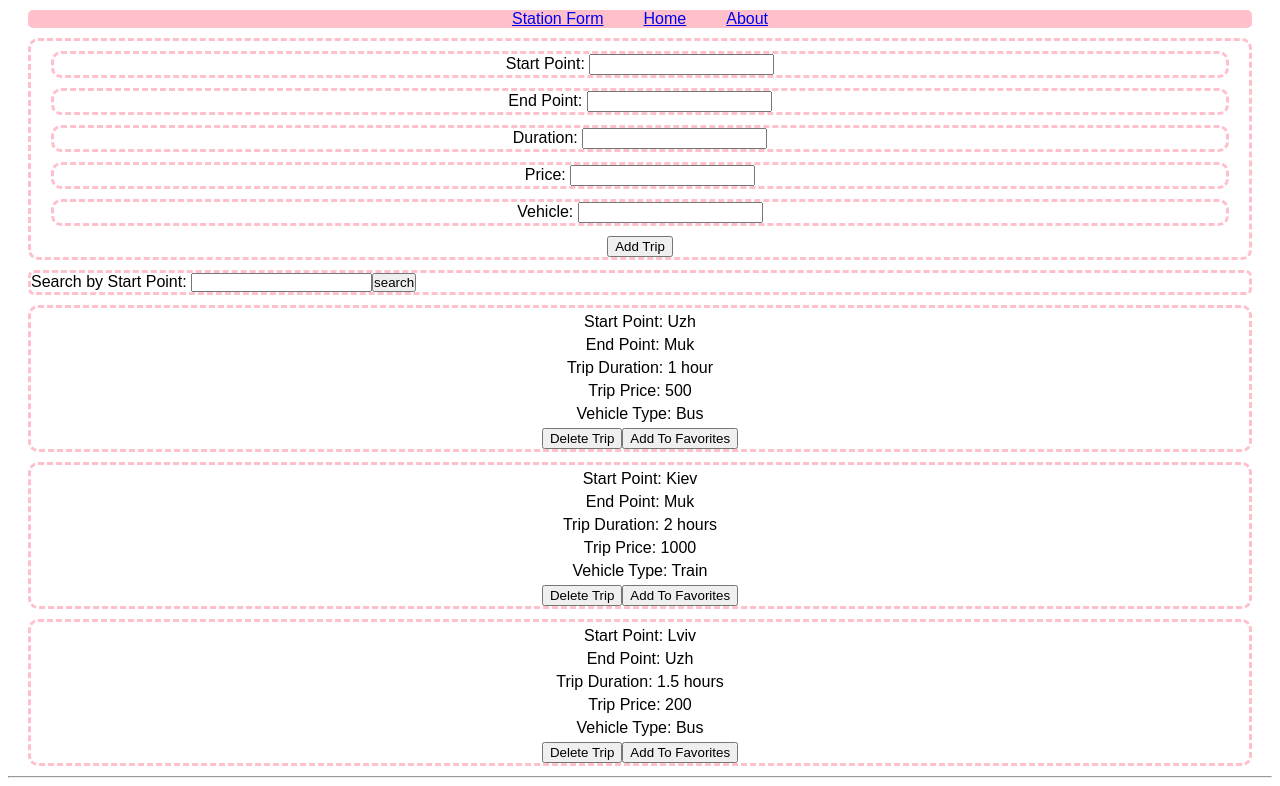
Repository: rutsguifd/mkr2
Page: /#/station-form
The author's editor kept a copy of each file at every save. The page is drawn from the files as they stood at one save, then again after the next save.
The browser window is 1280 px wide. The pictures show the whole page.
The project was rebuilt for these pictures with package versions that can differ from the ones it lists, and the page was loaded fresh each time. Also part of the build but not shown: src/views/Home.vue, src/views/About.vue, src/components/FavoriteTrips.vue.

Above is the page before, as saved 2021-12-22 00:20:10.

### src/App.vue
<template>
  <div>
    <router-view />
  </div>
</template>

<script>
  export default {

  }
</script>

<style lang="scss" scoped>

</style>

### src/router/index.js
import { createRouter, createWebHashHistory } from 'vue-router'
import Home from '../views/Home.vue'
import About from '../views/About.vue'
import StationForm from '../views/StationForm.vue'


const routes = [
  {
    path: '/',
    name: 'Home',
    component: Home
  },
  {
    path: '/about',
    name: 'About',
    component: About
  },
  {
    path: '/station-form',
    name: 'StationForm',
    component: StationForm
  }
]

const router = createRouter({
  history: createWebHashHistory(),
  routes
})

export default router

### src/store/index.js
import { createStore } from 'vuex'

export default createStore({
  state: {
    tripInfo: [
      {
        id: 1,
        tripStart: "Uzh",
        tripEnd: "Muk",
        tripDuration: "1 hour",
        tripPrice: 500,
        vehicle: "Bus"
      },
      {
        id: 2,
        tripStart: "Kiev",
        tripEnd: "Muk",
        tripDuration: "2 hours",
        tripPrice: 1000,
        vehicle: "Train"
      },
      {
        id: 3,
        tripStart: "Lviv",
        tripEnd: "Uzh",
        tripDuration: "1.5 hours",
        tripPrice: 200,
        vehicle: "Bus"
      }
    ],
    favoriteTrips: [],
    searchT: ""
  },
  mutations: {
    addTrip(state, trip) {
      state.tripInfo.push({
        tripStart: trip.start,
        tripEnd: trip.end,
        tripDuration: trip.dur,
        tripPrice: trip.price,
        vehicle: trip.veh
      })
    },
    deleteTrip(state, ind) {
      state.tripInfo.splice(ind, 1)
    },
    updateFavorites(state, fav) {
      state.favoriteTrips.push(fav)
      console.log(state.favoriteTrips)
    },
    updateTripInfo(state, list) {
      state.tripInfo = list
    },
    searchTitle(state, search) {
      state.searchT = search
    }
  },
  actions: {
    addToFavorites(context, trip) {
      let fav = {
        id: trip.id,
        tripStart: trip.start,
        tripEnd: trip.end,
        tripDuration: trip.dur,
        tripPrice: trip.price,
        vehicle: trip.veh
      }
      context.commit("updateFavorites", fav)
      //console.log(context.state.favoriteTrips)
    },
    filter(context) {
      let list = context.state.tripInfo;
      if (context.state.searchT)
        list = context.state.tripInfo.filter((x) =>
          x.tripStart.startsWith(context.state.searchT)
        );
      context.commit("updateTripInfo", list)
      console.log(list)
    },
  },
  getters: {
    AllTrips(state) {
      return state.tripInfo
    },
    AllFavoriteTrips(state) {
      return state.favoriteTrips
    }
  }
})

### src/views/StationForm.vue
<template>
  <div>
    <Header />
    <AddTrip />
    <div class="search">
      <label>
        Search by Start Point:
        <input type="text" v-model="search" />
        <button @click="srch">search</button>
      </label>
    </div>
    <trip-card v-for="(trip, ind) in AllTrips" :key="ind" :trip="trip" />
    <hr />
    <favorite-trips
      v-for="trip in AllFavoriteTrips"
      :key="trip.id"
      :trip="trip"
    />
  </div>
</template>

<script>
import { mapGetters, mapMutations, mapActions } from "vuex";
import FavoriteTrips from "../components/FavoriteTrips.vue";
import AddTrip from "../components/AddTrip.vue";
import Header from "../components/Header.vue";
import TripCard from "../components/TripCard.vue";
export default {
  name: "StationForm",
  components: {
    TripCard,
    Header,
    AddTrip,
    FavoriteTrips,
  },
  data() {
    return {
      search: "",
    };
  },
  computed: {
    ...mapGetters(["AllFavoriteTrips"]),
    ...mapGetters(["AllTrips"]),
  },
  methods: {
    ...mapActions(["filter"]),
    ...mapMutations(["searchTitle"]),
    srch() {
      this.searchTitle(this.search);
      this.filter()
    },
  },
};
</script>

<style lang="scss" scoped>
* {
  margin: 0;
  padding: 0;
  box-sizing: border-box;
  font-family: "Fira Sans", sans-serif;
}
.search{
    margin: 10px 20px;
    border: 3px dashed pink;
    border-radius: 6px;
}
</style>

### src/components/Header.vue
<template>
  <div class="header">
    <span><router-link to="/station-form">Station Form</router-link></span>
    <span><router-link to="/">Home</router-link></span>
    <span><router-link to="/about">About</router-link></span>
  </div>
</template>

<script>
export default {};
</script>

<style lang="scss" scoped>
.header{
    text-align: center;
    margin: 10px 20px;
    background: pink;
    border-radius: 5px;
    span{
        margin: 0px 20px;
    }
}
</style>

### src/components/AddTrip.vue
<template>
  <div class="add">
    <div>
      <label>
        Start Point:
        <input type="text" v-model="tripStart" />
      </label>
    </div>
    <div>
      <label>
        End Point:
        <input type="text" v-model="tripEnd" />
      </label>
    </div>
    <div>
      <label>
        Duration:
        <input type="text" v-model="tripDuration" />
      </label>
    </div>
    <div>
      <label>
        Price:
        <input type="text" v-model="tripPrice" />
      </label>
    </div>
    <div>
      <label>
        Vehicle:
        <input type="text" v-model="vehicle" />
      </label>
    </div>
    <button @click="add">Add Trip</button>
  </div>
</template>

<script>
import { mapMutations } from "vuex";
export default {
  data() {
    return {
      tripStart: "",
      tripEnd: "",
      tripDuration: "",
      tripPrice: "",
      vehicle: "",
    };
  },
  methods: {
    ...mapMutations(["addTrip"]),
    add() {
      this.addTrip({
        id: Date.now(),
        start: this.tripStart,
        end: this.tripEnd,
        dur: this.tripDuration,
        price: this.tripPrice,
        veh: this.vehicle,
      }),
        (this.tripStart = "");
      this.tripEnd = "";
      this.tripDuration = "";
      this.tripPrice = "";
      this.vehicle = "";
    },
  },
};
</script>

<style lang="scss" scoped>
.add {
    border: 3px dashed pink;
    border-radius: 10px;
    margin: 10px 20px;
    text-align: center;
  div {
      border: 3px dashed pink;
    border-radius: 10px;
    margin: 10px 20px;
  }
}
</style>

### src/components/TripCard.vue
<template>
  <div>
    <div class="card">
      <div>Start Point: {{ trip.tripStart }}</div>
      <div>End Point: {{ trip.tripEnd }}</div>
      <div>Trip Duration: {{ trip.tripDuration }}</div>
      <div>Trip Price: {{ trip.tripPrice }}</div>
      <div>Vehicle Type: {{ trip.vehicle }}</div>
      <button @click="del(ind)">Delete Trip</button>
      <button @click="favorite">Add To Favorites</button>
    </div>
  </div>
</template>

<script>
import { mapMutations, mapGetters, mapActions } from "vuex";
export default {
  name: "TripCard",
  props: ["trip"],
  methods: {
    ...mapMutations(["deleteTrip"]),
    ...mapActions(["addToFavorites"]),
    del(ind) {
      this.deleteTrip(ind);
    },
    favorite() {
      this.addToFavorites({
        id: Date.now(),
        start: this.trip.tripStart,
        end: this.trip.tripEnd,
        dur: this.trip.tripDuration,
        price: this.trip.tripPrice,
        veh: this.trip.vehicle,
      });
    },
  },
  computed: {
    ...mapGetters(["AllTrips"]),
  },
};
</script>

<style lang="scss" scoped>
.card {
  text-align: center;
  margin: 10px 20px;
  border: 3px dashed pink;
  border-radius: 10px;
  div {
    margin: 5px 0px;
  }
}
</style>

Loaded but not shown: public/index.html (common file); src/main.js (common file)

After the next save:
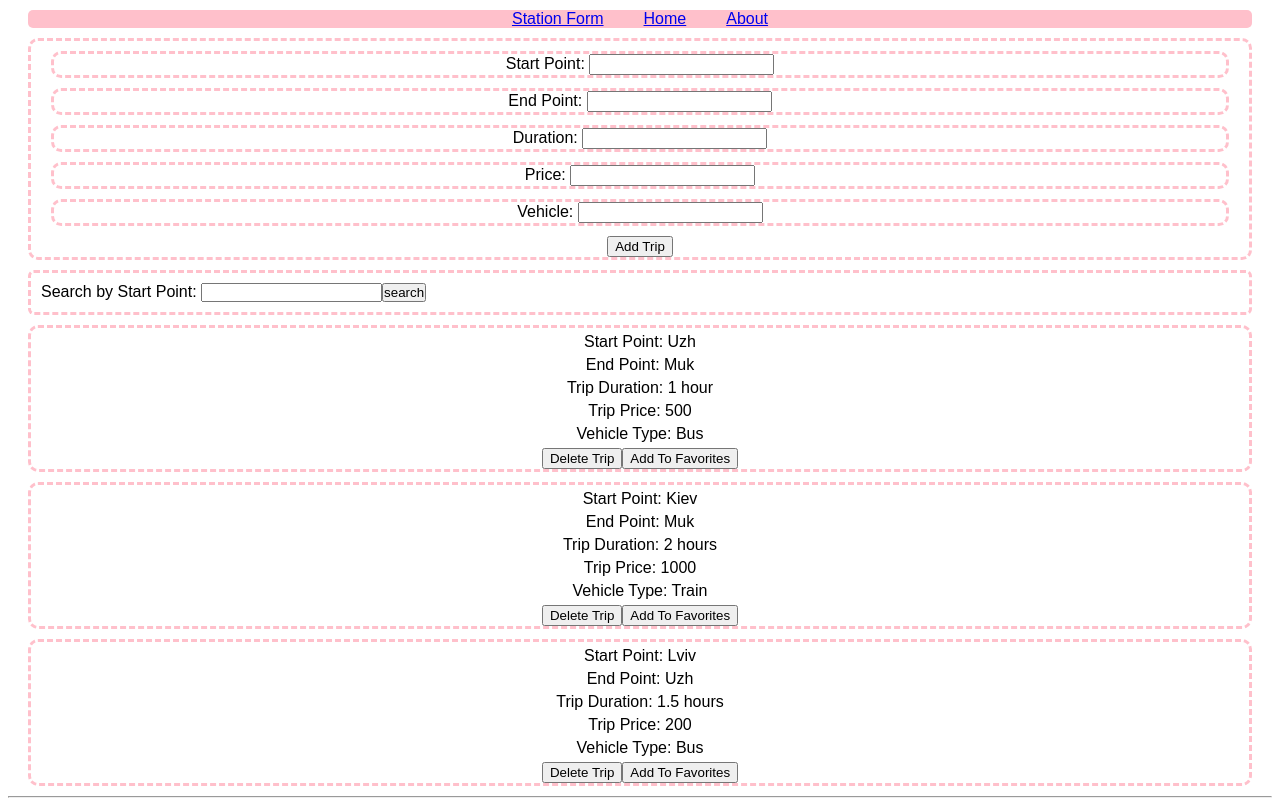
Saved 25 s later.
--- a/src/views/StationForm.vue
+++ b/src/views/StationForm.vue
@@ -62,6 +62,7 @@ export default {
 }
 .search{
     margin: 10px 20px;
+    padding: 10px 10px;
     border: 3px dashed pink;
     border-radius: 6px;
 }
